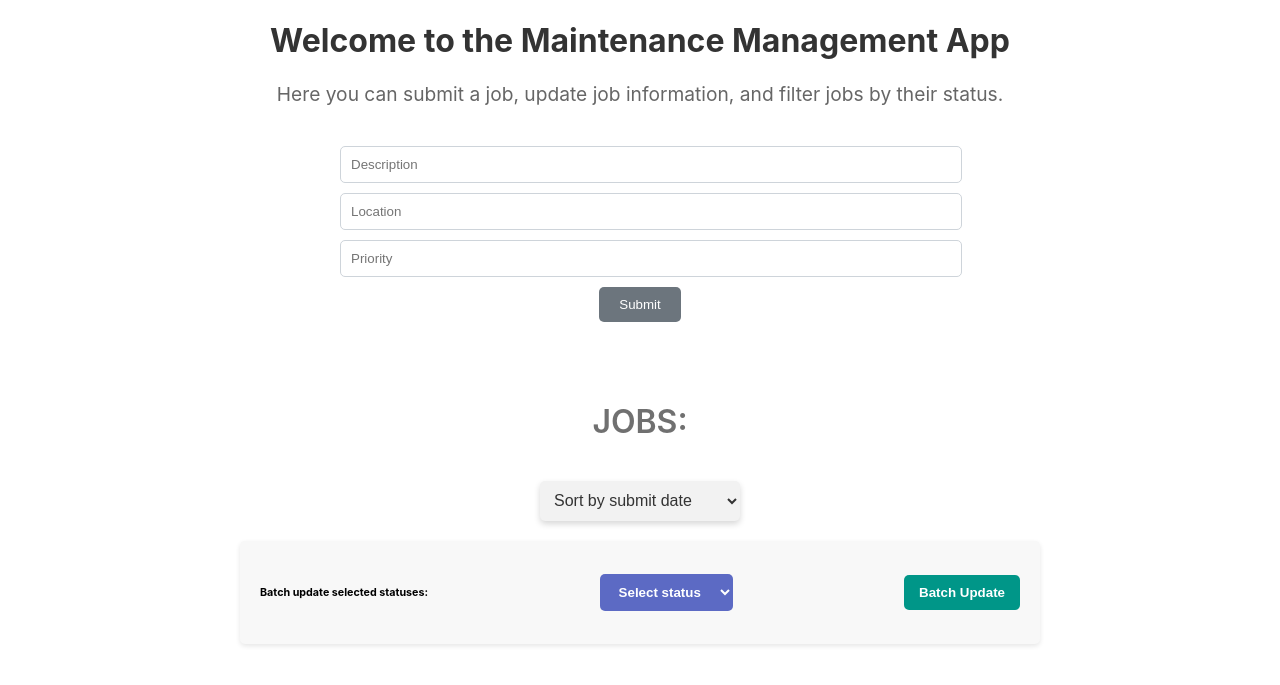
Repository: mikasteyn999/Maintenance-Manager-App
Page: / (app in frontend/)
An editor plug-in stored every save of this project. The page is shown before and after the next save, followed by the edit.
The browser window is 1280 px wide. The pictures show the whole page.
The page's requests for data from a server got no answer. The project was rebuilt for these pictures with package versions that can differ from the ones it lists, and the page was loaded fresh each time. No one was signed in, and anything a server would have sent is missing. Also part of the build but not shown: frontend/src/style/Job.css, frontend/src/components/Job.js, frontend/src/style/JobUpdateForm.css, frontend/src/components/JobUpdateForm.js.

Above is the page before, as saved 2023-06-01 12:48:44.

### frontend/src/App.js
// Import necessary libraries and components
import React from 'react';
import Router from './Router';
import './style/App.css'

// Define the App component
// This component uses the Router component to handle routing
const App = () => {
  return (
    <div className="app">
      <h1 className="app-title">Welcome to the Maintenance Management App</h1> {/* Welcome title */}
      <p className="app-instructions">Here you can submit a job, update job information, and filter jobs by their status.</p> {/* Instructions */}
      <Router /> {/* Use Router component for handling routes */}
    </div>
  );
}

// Export the App component
export default App;

### frontend/src/Router.js
// Import necessary libraries and components
import React from 'react';
import { BrowserRouter as Router, Route, Routes } from 'react-router-dom';
import Home from './components/Home';
import JobForm from './components/JobForm';
import JobsList from './components/JobsList';
import JobUpdateForm from './components/JobUpdateForm'

// Define the Router component
// This component defines the routes for the React app
// The Home component (which contains both the JobForm and JobsList components) is displayed when the path is exactly "/"
// The JobForm component is displayed when the path is "/submit"
// The JobsList component is displayed when the path is "/jobs"
const AppRouter = () => {
    return (
        <Router>
            <Routes>
                <Route path="/" element={<Home />} /> {/* Home route */}
                <Route path="/submit" element={<JobForm />} /> {/* Job submission route */}
                <Route path="/jobs" element={<JobsList />} /> {/* Jobs listing route */}
                <Route path="/edit/:id" element={<JobUpdateForm />} />
            </Routes>
        </Router>
    );
};

// Export the Router component
export default AppRouter;

### frontend/src/style/App.css
/* App.css */

.app {
  text-align: center;
}

.app-title {
  font-size: 2em;
  color: #333;
  text-align: center;
}

.app-instructions {
  font-size: 1.2em;
  color: #666;
  margin-bottom: 20px;
  text-align: center;
}

/* style the form container */
.app .job-form {
  max-width: 600px;  /* limit the width */
  margin: 0 auto;   /* center the form */
  padding: 20px;    /* add some padding */
}

/* style the jobs list container */
.app .jobs-list {
  max-width: 800px;  /* limit the width */
  margin: 0 auto;   /* center the jobs list */
  padding: 20px;    /* add some padding */
}

### frontend/src/components/Home.js
// Import necessary components
import React from 'react';
import JobForm from './JobForm';
import JobsList from './JobsList';

// Define the Home component
// This component contains the job submission form and job listings
const Home = () => {
  return (
    <div className="home">
      <JobForm /> {/* Job submission form */}
      <JobsList /> {/* Job listings */}
    </div>
  );
}

// Export the Home component
export default Home;

### frontend/src/components/JobForm.js
// Import React
import React, { useState } from 'react';
import '../style/JobForm.css'; // Import the CSS

// Define the JobForm component. This component will contain a form that allows users to submit a new job.
// The component has a local state, job, which is updated every time the user types in one of the form inputs.
// The handleChange function updates the job state.
// The handleSubmit function makes a POST request to the /jobs route to submit the new job.
const JobForm = () => {
    const [job, setJob] = useState({ description: '', location: '', priority: '' });

    const handleChange = (e) => {
      setJob({ ...job, [e.target.name]: e.target.value });
    };

    const handleSubmit = async (e) => {
      e.preventDefault();
      const response = await fetch('/jobs', {
        method: 'POST',
        headers: {
          'Content-Type': 'application/json',
        },
        body: JSON.stringify(job),
      });
      const data = await response.json();
      console.log(data);
    };

    return (
      <form className="job-form" onSubmit={handleSubmit}>
        <input type="text" name="description" value={job.description} onChange={handleChange} placeholder="Description" />
        <input type="text" name="location" value={job.location} onChange={handleChange} placeholder="Location" />
        <input type="text" name="priority" value={job.priority} onChange={handleChange} placeholder="Priority" />
        <button type="submit">Submit</button>
      </form>
    );
  };

  export default JobForm;

### frontend/src/components/JobsList.js
//Import react & job component
import React, { useEffect, useState } from 'react';
import Job from './Job';
import '../style/JobsList.css';

// Define the JobsList component. This component will fetch a list of jobs from the server and display each one using the Job component.
// The component has a local state, jobs, which is an array of jobs.
// The useEffect hook is used to fetch the jobs when the component is first rendered.
// The fetchJobs function makes a GET request to the /jobs route to fetch the list of jobs.
// Each job is then displayed using the Job component.
const JobsList = () => {
    const [jobs, setJobs] = useState([]);
    const [sortOrder, setSortOrder] = useState("date"); // Add state for sort order. By default, it's set to 'date'
    const [selectedJobs, setSelectedJobs] = useState([]);

    useEffect(() => {
      const fetchJobs = async () => {
        const response = await fetch(`http://localhost:5000/api/jobs?sort=${sortOrder}`); // Update API call to include sort order
        const data = await response.json();
        setJobs(data);
      };
      fetchJobs();
    }, [sortOrder]); // Update useEffect dependency array to include sortOrder. This means the useEffect callback will run whenever sortOrder changes.

    const handleSortChange = (event) => {
      setSortOrder(event.target.value); // When user selects a new sort order, update the sortOrder state
    };

    // Function for catch updates
    const handleBatchUpdate = async () => {
      const status = document.getElementById('batchStatusUpdate').value;
      if (!status) {
        console.error('No status selected for batch update');
        return;
      }
      if (selectedJobs.length === 0) {
        console.error('No jobs selected for batch update');
        return;
      }
      try {
        const response = await fetch('/api/jobs/batch', {
          method: 'PUT',
          headers: {
            'Content-Type': 'application/json',
          },
          body: JSON.stringify({ jobIds: selectedJobs, status }),
        });
        if (response.ok) {
          console.log('Batch update successful');
          setSelectedJobs([]); // Clear selected jobs after successful update
        } else {
          console.error('Failed to batch update jobs');
        }
      } catch (error) {
        console.error(`An error occurred: ${error}`);
      }
    };


    return (
      <div className='jobs-list'>
        <div className='jobs-header'>JOBS:</div>

        <select className='select-sort' value={sortOrder} onChange={handleSortChange}> {/* Add select element for sort order */}
          <option value="date">Sort by submit date</option>
          <option value="status">Sort by status</option>
        </select>
        {/* Batch update */}
        <div className='batch-update'>
          <h6>Batch update selected statuses:</h6>
          <select id="batchStatusUpdate" name="batchStatusUpdate">
            <option value="">Select status</option>
            <option value="status1">Submitted</option>
            <option value="status2">In Progress</option>
            <option value="status2">Completed</option>
          </select>
          <button onClick={handleBatchUpdate}>Batch Update</button>
        </div>
        {jobs.map((job) => (
          <Job key={job._id} job={job} selectedJobs={selectedJobs} setSelectedJobs={setSelectedJobs} />
        ))}
      </div>
    );
};

export default JobsList;

### frontend/src/style/JobForm.css
.job-form {
    margin-bottom: 20px;
}

.job-form input {
    display: block;
    width: 100%;
    padding: 10px;
    margin-bottom: 10px;
    border: 1px solid #ced4da;
    border-radius: 5px;
}

.job-form button {
    padding: 10px 20px;
    border: none;
    border-radius: 5px;
    background-color: #6c757d;
    color: #fff;
    cursor: pointer;
}

### frontend/src/style/JobsList.css
.jobs-list {
    max-width: 600px;
    margin: 0 auto;
    padding: 20px;
}

.jobs-header {
    font-size: xx-large;
    padding: 5%;
    font-weight: 600;
    color: rgb(112, 112, 112);
}

/* Style the select element */
.select-sort {
    width: 200px;
    height: 40px;
    border: none;
    border-radius: 5px;
    padding: 5px 10px;
    margin-bottom: 20px;
    box-shadow: 0 3px 6px 0 rgba(0,0,0,0.16);
    font-size: 16px;
    color: #333;
    background-color: #f2f2f2;
    transition: background-color 0.3s ease;
}

/* Style the options inside the select element */
.select-sort option {
    color: #333;
    background-color: #f2f2f2;
}

/* Change the background color of the select when it's focused */
.select-sort:focus {
    background-color: #e6e6e6;
}

.batch-update {
    display: flex;
    align-items: center;
    justify-content: space-between;
    padding: 20px;
    margin-bottom: 20px;
    background-color: #f8f8f8;
    border-radius: 5px;
    box-shadow: 0 2px 5px rgba(0,0,0,0.1);
}

.batch-update select,
.batch-update button {
    padding: 10px 15px;
    border: none;
    border-radius: 5px;
    background-color: #5c6ac4;
    color: white;
    font-weight: bold;
    cursor: pointer;
}

.batch-update button {
    background-color: #009688;
}

.batch-update button:hover {
    background-color: #00796b;
}

Loaded but not shown: frontend/public/index.html (common file); frontend/src/index.js (common file); frontend/src/index.css (common file); frontend/src/reportWebVitals.js (common file)

After the next save:
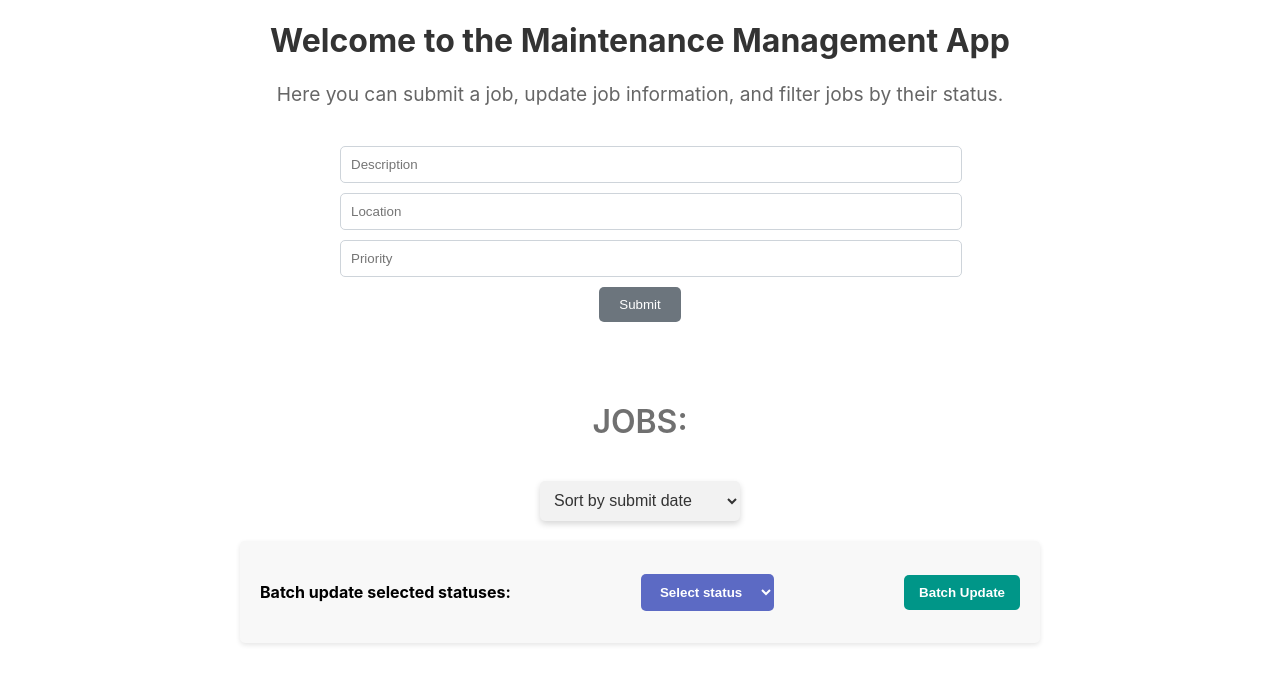
Saved 7 s later.
--- a/frontend/src/components/JobsList.js
+++ b/frontend/src/components/JobsList.js
@@ -67,7 +67,7 @@ const JobsList = () => {
         </select>
         {/* Batch update */}
         <div className='batch-update'>
-          <h6>Batch update selected statuses:</h6>
+          <h4>Batch update selected statuses:</h4>
           <select id="batchStatusUpdate" name="batchStatusUpdate">
             <option value="">Select status</option>
             <option value="status1">Submitted</option>
